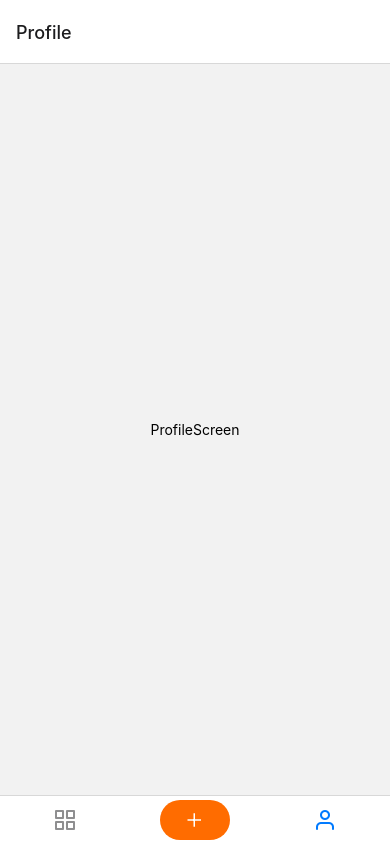
Repository: mitru0217/rn-hw
Screen: /Profile
These files come from the project's save history. The screen is drawn as it stood at one moment and after the next save; the edit follows.
The app was drawn by React Native's web renderer in a window 390 px wide. The project was rebuilt for these pictures with package versions that can differ from the ones it lists, and the page was loaded fresh each time. Some packages were replaced by stand-ins written for this rebuild. Also part of the build but not shown: Screens/auth/RegistrationScreen.js, Screens/auth/LoginScreen.js, Screens/nestedScreens/MapScreen.js, Screens/nestedScreens/CommentsScreen.js, Screens/main/CreatePostsScreen.js.

Above is the screen before, as saved 2023-03-28 23:03:34.

After the next save:
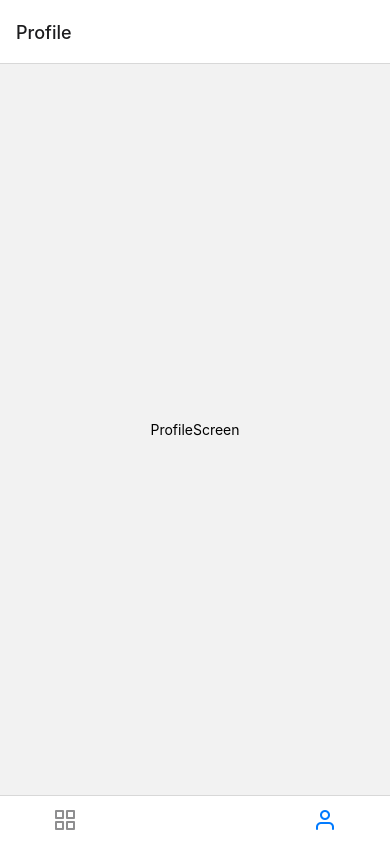
Saved 106 s later.
--- a/components/router.js
+++ b/components/router.js
@@ -24,13 +24,13 @@
           options={{ headerShown: false }}
           name='Register'
           component={RegistrationScreen}
-          initialParams={{ navigation: navigation }}
+
         />
         <AuthStack.Screen
           options={{ headerShown: false }}
           name='Login'
           component={LoginScreen}
-          initialParams={{ navigation: navigation }}
+
         />
       </AuthStack.Navigator>
     );
@@ -38,7 +38,7 @@
   return (
     <MainTab.Navigator screenOptions={{ tabBarShowLabel: false }}>
       <MainTab.Screen
-       initialParams={{ navigation: navigation }}
+
         options={{
           tabBarIcon: ({ focused, size, color }) => (
             <Feather name='grid' size={24} color={color} />
@@ -48,18 +48,13 @@
         component={PostsScreen}
       />
   <MainTab.Screen
-  initialParams={{ navigation: navigation }}
-  options={({ navigation }) => ({
-    tabBarIcon: ({ focused, size, color }) => (
-      <TouchableOpacity
-        activeOpacity={0.8}
-        style={styles.addButton}
-        onPress={() => navigation.navigate("Create Post")}
-      >
+
+  options={{tabBarIcon: ({ focused, size, color }) => (
+
         <Ionicons name='add' size={24} color={"white"} />
-      </TouchableOpacity>
+
     ),
-  })}
+  }}
   name='Create Post'
   component={CreatePostsScreen}
 />

After the save that followed:
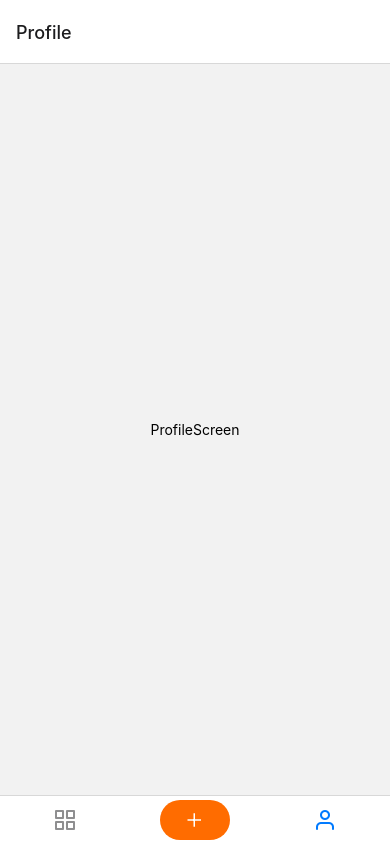
Saved 8 min 19 s later.
--- a/components/router.js
+++ b/components/router.js
@@ -50,9 +50,13 @@
   <MainTab.Screen
 
   options={{tabBarIcon: ({ focused, size, color }) => (
-
+      <TouchableOpacity
+        activeOpacity={0.8}
+        style={styles.addButton}
+        // onPress={() => navigation.navigate("Create Post")}
+      >
         <Ionicons name='add' size={24} color={"white"} />
-
+      </TouchableOpacity>
     ),
   }}
   name='Create Post'
